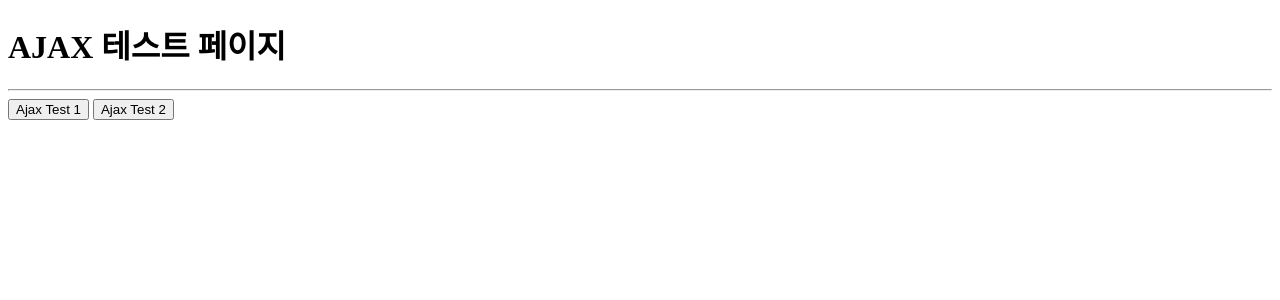
Repository: wona-owo/Spring
Page: http://localhost/00_spring/ajax/movePage.kh
The author's editor kept a copy of each file at every save. The page is drawn from the files as they stood at one save, then again after the next save.
The browser window is 1280 px wide. The pictures show the whole page.
The page is served by Tomcat 9. Other server files are loaded and not shown.

Above is the page before, as saved 2024-12-03 06:51:12.

### 00_spring/src/main/webapp/WEB-INF/views/ajax/ajaxTest.jsp
<%@ page language="java" contentType="text/html; charset=UTF-8"
    pageEncoding="UTF-8"%>
<!DOCTYPE html>
<html>
<head>
<meta charset="UTF-8">
<title>Insert title here</title>
<script src="https://code.jquery.com/jquery-3.6.0.min.js"></script>

</head>
<body>
	<h1>AJAX 테스트 페이지</h1>

	<hr>

	<button id="ajaxTest1">Ajax Test 1</button>
	<button id="ajaxTest2">Ajax Test 2</button>

	<script>
	$("#ajaxTest1").on('click', function(){
		$.ajax({
			url : '/ajax/ajaxTest1.kh',
			data : {str : '스프링', num : 10},
			type : 'get',
			success : function(res){
				console.log(res);
			}
			,error : function(){
				console.log('ajax 통신 오류 !');
			}
		})
	});

	$("#ajaxTest2").on('click', function(){
		$.ajax({
			url : '/ajax/ajaxTest2.kh',
			data : {str : '스프링', num : 10},
			type : 'get',
			success : function(res){
				console.log(res)
			}
			,error : function (){
				console.log('ajax 통신 오류 !');
			}
		})
	});

	</script>
</body>
</html>

After the next save:
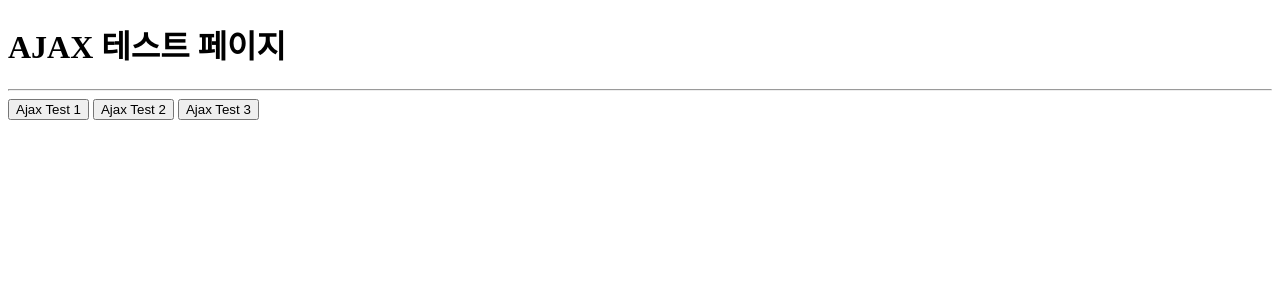
Saved 13 min 47 s later.
--- a/00_spring/src/main/webapp/WEB-INF/views/ajax/ajaxTest.jsp
+++ b/00_spring/src/main/webapp/WEB-INF/views/ajax/ajaxTest.jsp
@@ -15,6 +15,7 @@
 
 	<button id="ajaxTest1">Ajax Test 1</button>
 	<button id="ajaxTest2">Ajax Test 2</button>
+	<button id="ajaxTest3">Ajax Test 3</button>
 
 	<script>
 	$("#ajaxTest1").on('click', function(){
